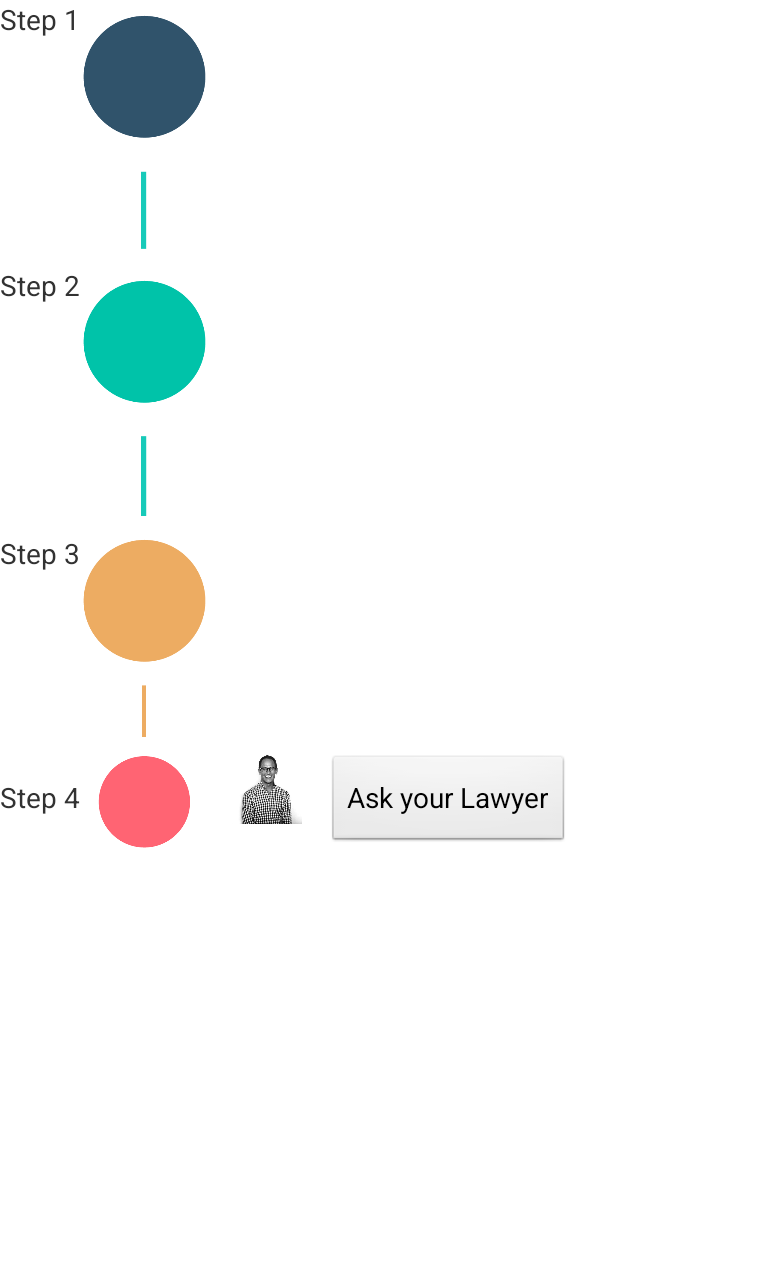
Repository: ladsumit/hackathon
Layout: VisaValetRelaunch/res/layout/user_activity.xml
The author's editor kept a copy of each file at every save. The layout is drawn from the files as they stood at one save, then again after the next save.
It is drawn on a 768 x 1280 px phone screen (xhdpi) without system bars, with theme AppTheme; the app's code is not run.

Above is the layout before, as saved 2015-05-31 22:39:43.

After the next save:
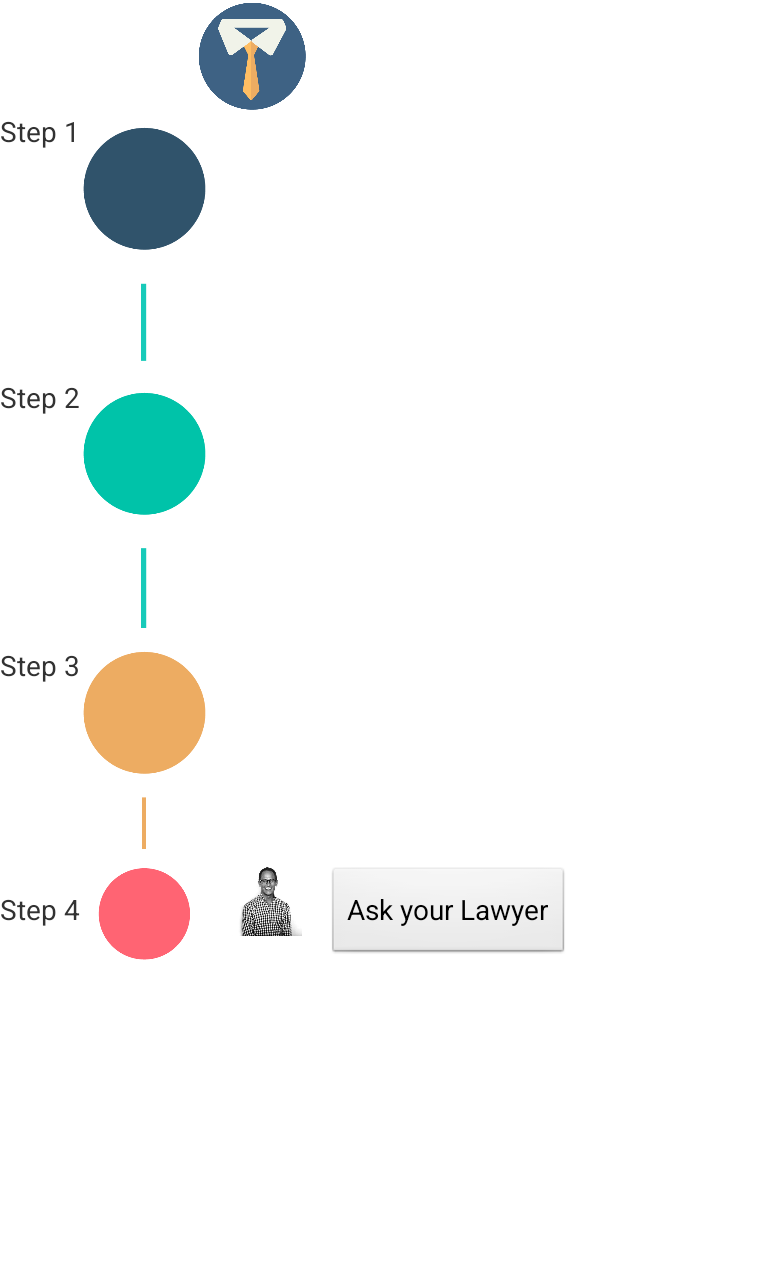
Saved 6 min 44 s later.
--- a/VisaValetRelaunch/res/layout/user_activity.xml
+++ b/VisaValetRelaunch/res/layout/user_activity.xml
@@ -16,6 +16,30 @@
 
         <LinearLayout
             android:layout_width="match_parent"
+            android:layout_height="56dp" >
+
+            <ImageView
+                android:id="@+id/ImageView15"
+                android:layout_width="40dp"
+                android:layout_height="47dp"
+                android:src="@drawable/empty" />
+
+            <ImageView
+                android:id="@+id/ImageView17"
+                android:layout_width="54dp"
+                android:layout_height="54dp"
+                android:src="@drawable/empty" />
+
+            <ImageView
+                android:id="@+id/ImageView16"
+                android:layout_width="64dp"
+                android:layout_height="match_parent"
+                android:src="@drawable/logo_icon" />
+
+        </LinearLayout>
+
+        <LinearLayout
+            android:layout_width="match_parent"
             android:layout_height="77dp" >
 
             <TextView
